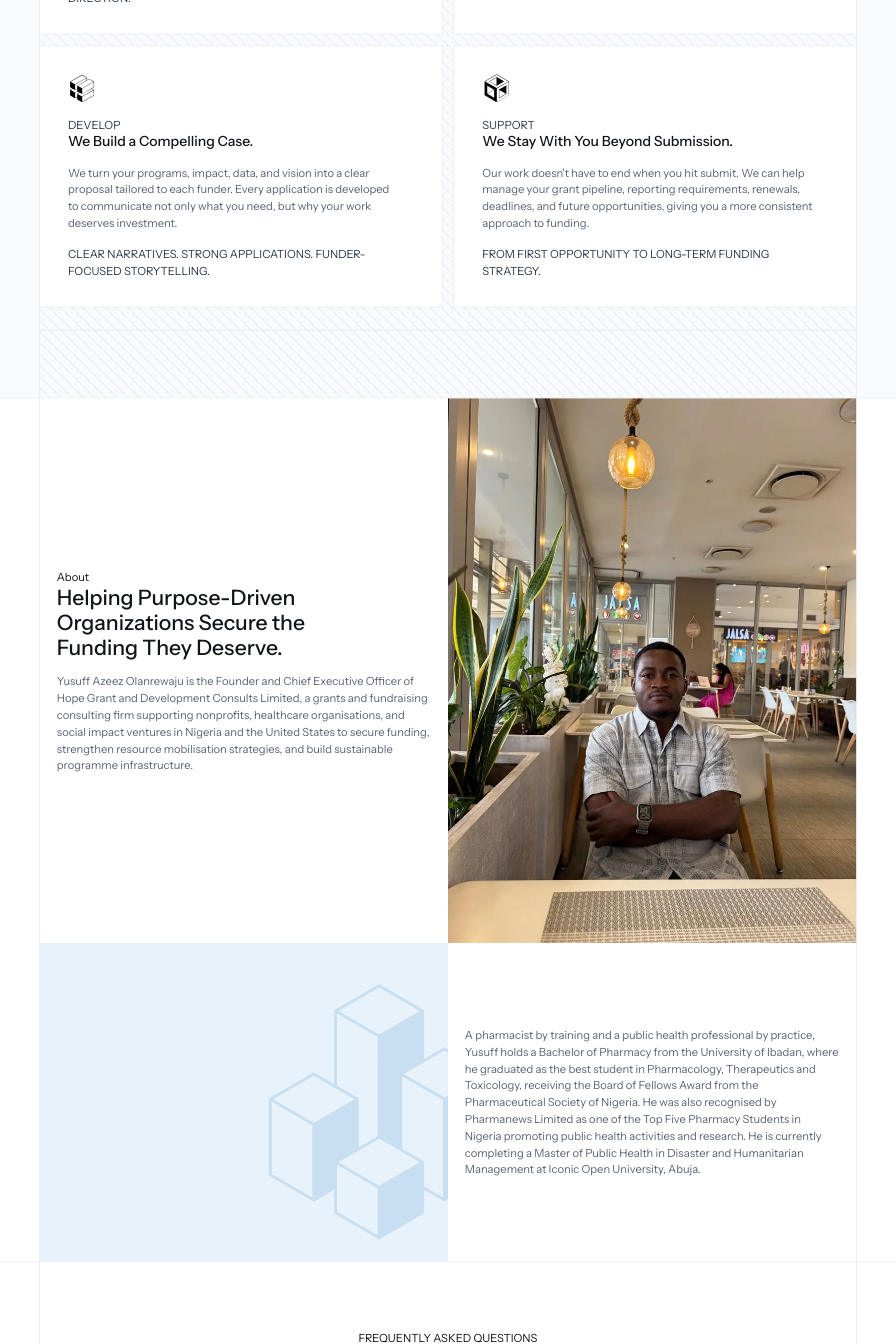
Repository: Ajeyinka/Upgrowth
Page: index.html
The author's editor kept a copy of each file at every save. The page is drawn from the files as they stood at one save, then again after the next save.
The browser window is 1280 px wide. The pictures show the part of the page from y = 3553 to 5473 px (the page is 7080 px tall), at 70% of full size.

Above is the page before, as saved 2026-09-24 18:26:34.

After the next save:
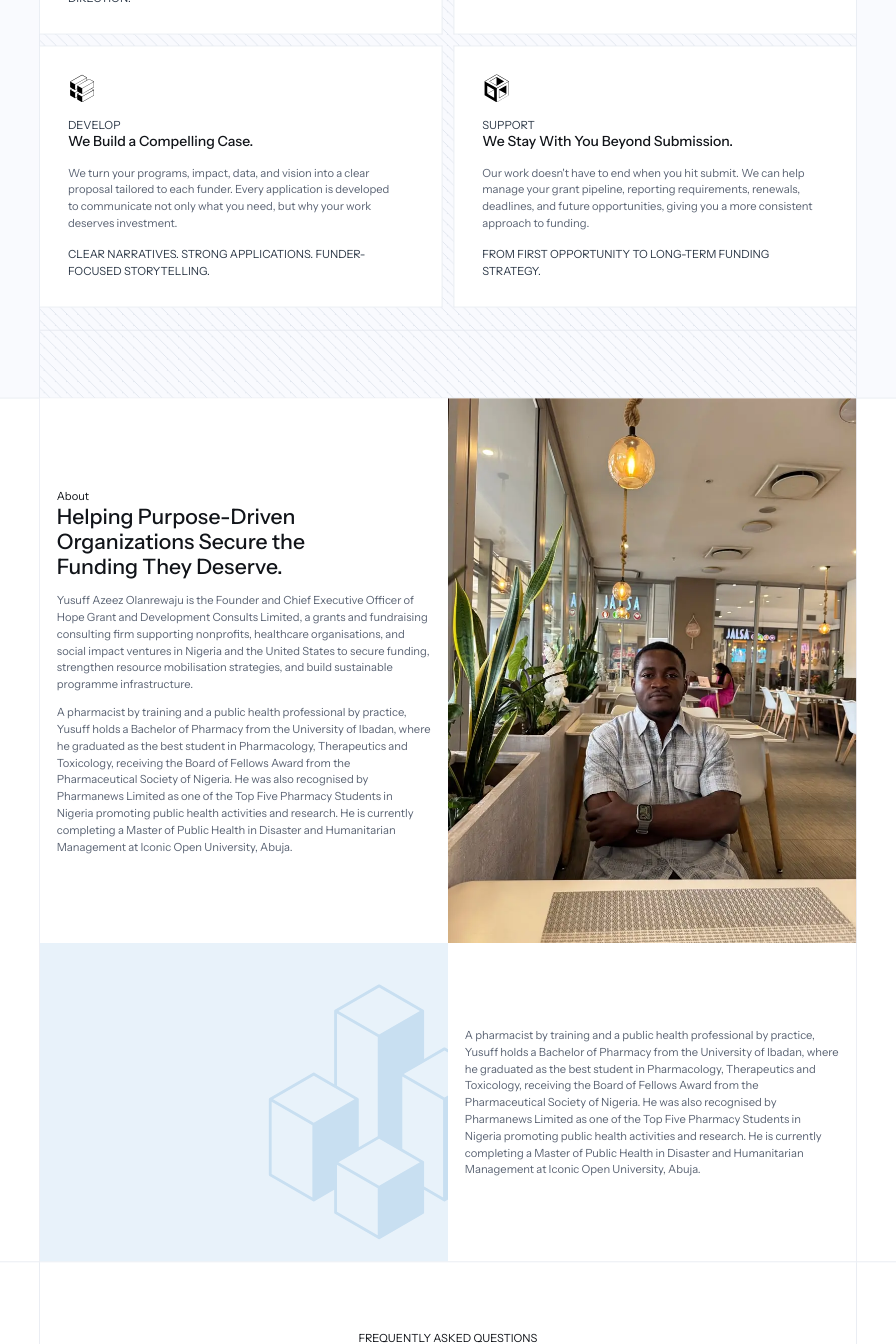
Saved 26 s later.
--- a/index.html
+++ b/index.html
@@ -274,6 +274,7 @@
 
 
               </p>
+              <p>A pharmacist by training and a public health professional by practice, Yusuff holds a Bachelor of Pharmacy from the University of Ibadan, where he graduated as the best student in Pharmacology, Therapeutics and Toxicology, receiving the Board of Fellows Award from the Pharmaceutical Society of Nigeria. He was also recognised by Pharmanews Limited as one of the Top Five Pharmacy Students in Nigeria promoting public health activities and research. He is currently completing a Master of Public Health in Disaster and Humanitarian Management at Iconic Open University, Abuja.</p>
             </div>
 
             <div class="grid-image">
